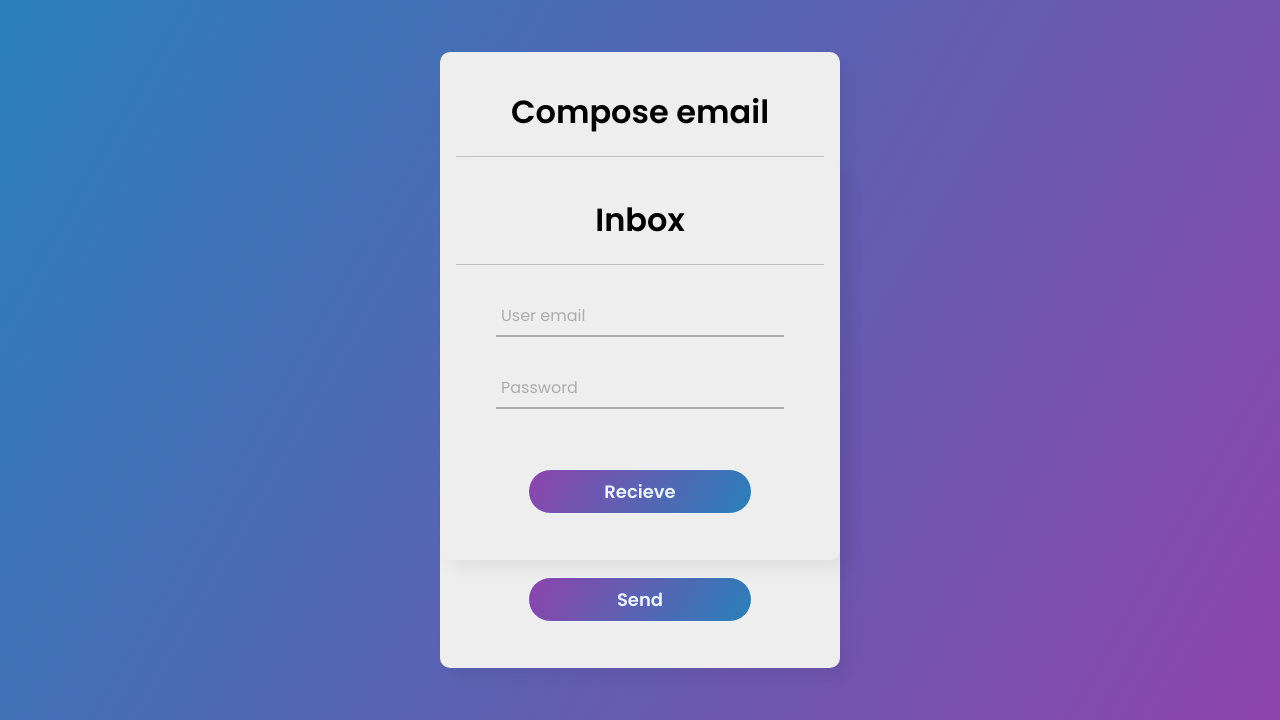
Repository: 20PW01-Abishek/Mail-EZ-in-JAVA
Page: http://localhost/javapackage/
The author's editor kept a copy of each file at every save. The page is drawn from the files as they stood at one save, then again after the next save.
The browser window is 1280 px wide. The pictures show the whole page.
The page is served by Tomcat 10. Other server files are loaded and not shown.

Above is the page before, as saved 2022-11-06 05:20:13.

### Java package/javapackage/src/main/webapp/index.html
<!DOCTYPE html>
<html>
<head>
<meta charset="ISO-8859-1">
<link rel="stylesheet" href="style1.css">
<title>email-compose</title>
</head>
<body>
	<div class="parent">
	<div class="center">
      <h1>Compose email</h1>
      <form action="compose" method="post" id="send">
        <div class="txt_field">
          <input type="text" name="from_email" required>
          <span></span>
          <label>User email</label>
        </div>
        <div class="txt_field">
          <input type="password" name="from_password" required>
          <span></span>
          <label>Password</label>
        </div>
        <div class="txt_field">
          <input type="text" name="to_email" required>
          <span></span>
          <label>To</label>
        </div>
        <div class="txt_field">
          <input type="text" name="subject" required>
          <span></span>
          <label>Subject</label>
        </div>
        <div class="txt_field">
          <input type="text" name="content" required>
          <span></span>
          <label>Content</label>
        </div>
        <input type="submit" value="Send">
      </form>
	</div>
	<div class="center">
		<h1>Inbox</h1>
      	<form action="recieve" method="post" id="recieve">
        	<div class="txt_field">
          		<input type="text" name="from_email" required>
          		<span></span>
          		<label>User email</label>
        	</div>
        	<div class="txt_field">
	          <input type="password" name="from_password" required>
	          <span></span>
	          <label>Password</label>
        	</div>
      		<input type="submit" value="Recieve">
      </form>
    </div>
    </div>
</body>
</html>

### Java package/javapackage/src/main/webapp/style1.css
@import url('https://fonts.googleapis.com/css2?family=Noto+Sans:wght@700&family=Poppins:wght@400;500;600&display=swap');
*{
  margin: 0;
  padding: 0;
  box-sizing: border-box;
  font-family: "Poppins", sans-serif;
}
body{
  margin: 0;
  padding: 0;
  background: linear-gradient(120deg,#2980b9, #8e44ad);
  height: 100vh;
  overflow: hidden;
}

.parent{
	text-align: center;
}

.center{
  padding: 1rem 1rem;
  vertical-align: middle;
  position: absolute;
  top: 50%;
  left: 50%;
  transform: translate(-50%, -50%);
  width: 400px;
  background: #eee;
  border-radius: 10px;
  box-shadow: 10px 10px 15px rgba(0,0,0,0.05);
}
.center h1{
  text-align: center;
  padding: 20px 0;
  border-bottom: 1px solid silver;
}
.center form{
  padding: 0 40px;
  box-sizing: border-box;
}
form .txt_field{
  position: relative;
  border-bottom: 2px solid #adadad;
  margin: 30px 0;
}
.txt_field input{
  width: 100%;
  padding: 0 5px;
  height: 40px;
  font-size: 16px;
  border: none;
  background: none;
  outline: none;
}
.txt_field label{
  position: absolute;
  top: 50%;
  left: 5px;
  color: #adadad;
  transform: translateY(-50%);
  font-size: 16px;
  pointer-events: none;
  transition: .5s;
}
.txt_field span::before{
  content: '';
  position: absolute;
  top: 40px;
  left: 0;
  width: 0%;
  height: 2px;
  background: #2691d9;
  transition: .5s;
}
.txt_field input:focus ~ label,
.txt_field input:valid ~ label{
  top: -5px;
  color: #2691d9;
}
.txt_field input:focus ~ span::before,
.txt_field input:valid ~ span::before{
  width: 100%;
}

input[type="submit"]{
  width: 78%;
  height: 45px;
  border: 1px solid;
  background: linear-gradient(120deg,#8e44ad, #2980b9);
  border-radius: 25px;
  font-size: 18px;
  color: #e9f4fb;
  font-weight: 700;
  cursor: pointer;
  outline: none;
  margin: 30px;
}
input[type="submit"]:hover{
  border-width: medium;
  border-color: #2980b9;
  transition: 1s;
}

After the next save:
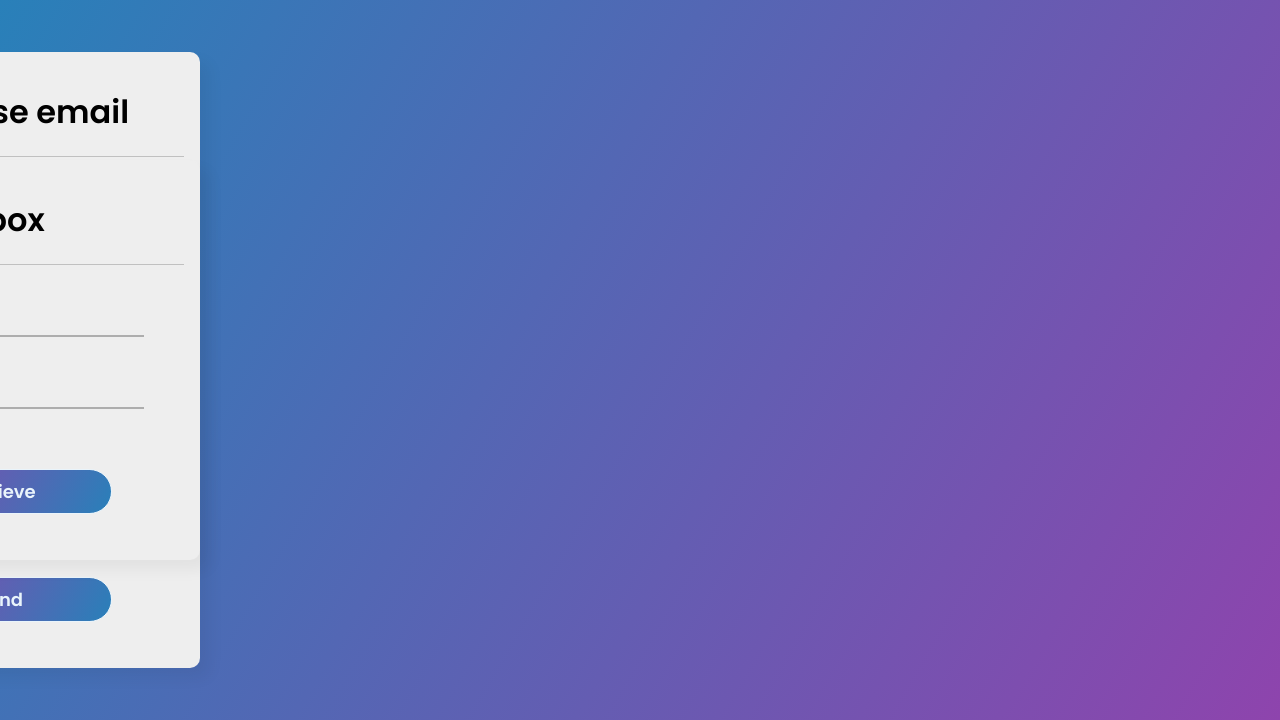
Saved 8 s later.
--- a/Java package/javapackage/src/main/webapp/style1.css
+++ b/Java package/javapackage/src/main/webapp/style1.css
@@ -22,7 +22,6 @@
   vertical-align: middle;
   position: absolute;
   top: 50%;
-  left: 50%;
   transform: translate(-50%, -50%);
   width: 400px;
   background: #eee;

After the save that followed:
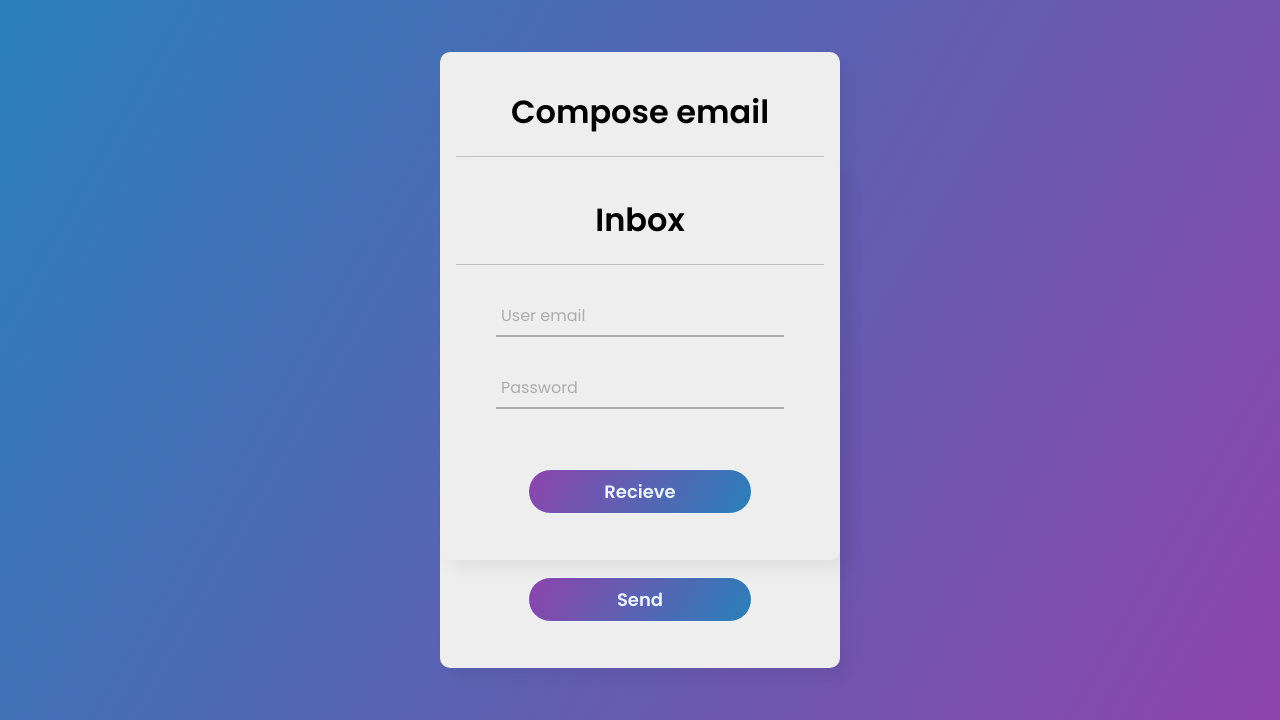
Saved 8 s later.
--- a/Java package/javapackage/src/main/webapp/style1.css
+++ b/Java package/javapackage/src/main/webapp/style1.css
@@ -22,6 +22,7 @@
   vertical-align: middle;
   position: absolute;
   top: 50%;
+  left: 50%;
   transform: translate(-50%, -50%);
   width: 400px;
   background: #eee;
